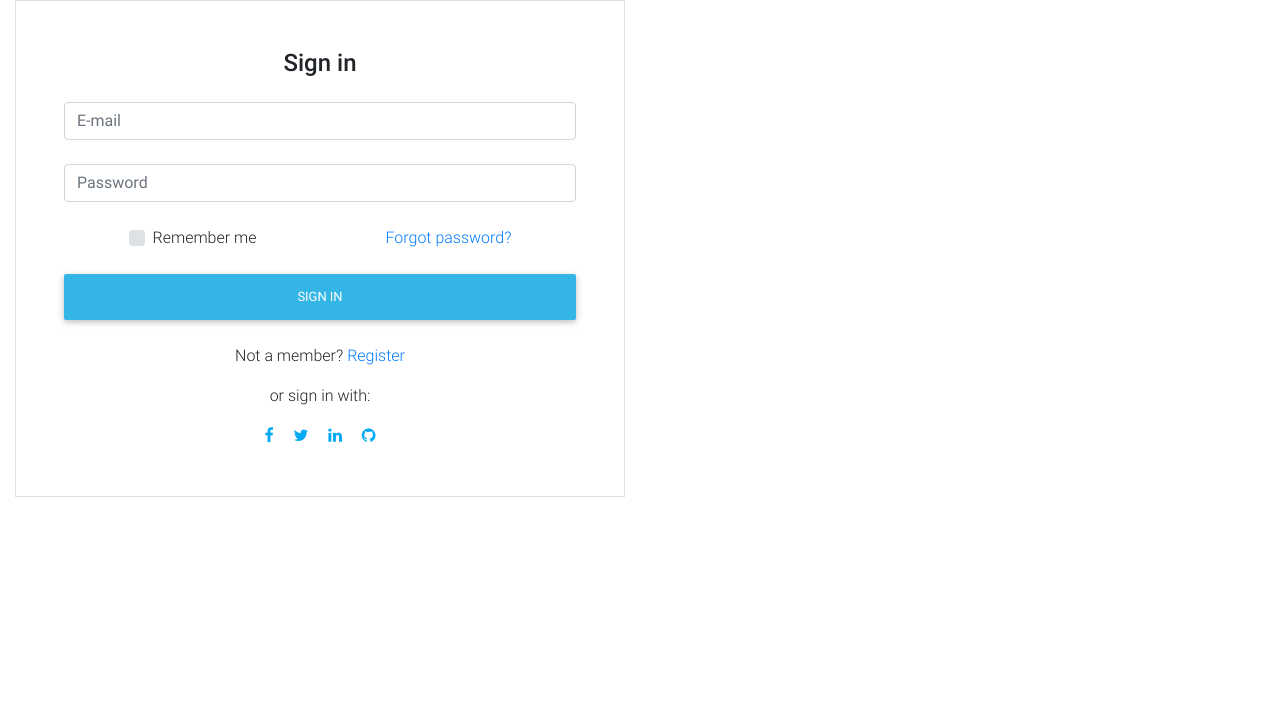
Repository: KJSCEhack/KJSCE_Vanquishers
Page: login_page.html
The author's editor kept a copy of each file at every save. The page is drawn from the files as they stood at one save, then again after the next save.
The browser window is 1280 px wide. The pictures show the whole page.

Above is the page before, as saved 2018-10-06 04:06:34.

### login_page.html

<!DOCTYPE HTML>
<html>

<head>
    <!-- Font Awesome -->
    <link rel="stylesheet" href="https://maxcdn.bootstrapcdn.com/font-awesome/4.7.0/css/font-awesome.min.css">
    <!-- Bootstrap core CSS -->
    <link href="css/bootstrap.min.css" rel="stylesheet">
    <!-- Material Design Bootstrap -->
    <link href="css/mdb.min.css" rel="stylesheet">
    <!-- Your custom styles (optional) -->
    <link href="css/style.min.css" rel="stylesheet">
</head>
<body>
    <div class="col-md-6" style="margin-left:350px margin-top:50px";>
    <!-- Default form login -->
<form class="text-center border border-light p-5">

    <p class="h4 mb-4">Sign in</p>

    <!-- Email -->
    <input type="email" id="defaultLoginFormEmail" class="form-control mb-4" placeholder="E-mail">

    <!-- Password -->
    <input type="password" id="defaultLoginFormPassword" class="form-control mb-4" placeholder="Password">

    <div class="d-flex justify-content-around">
        <div>
            <!-- Remember me -->
            <div class="custom-control custom-checkbox">
                <input type="checkbox" class="custom-control-input" id="defaultLoginFormRemember">
                <label class="custom-control-label" for="defaultLoginFormRemember">Remember me</label>
            </div>
        </div>
        <div>
            <!-- Forgot password -->
            <a href="">Forgot password?</a>
        </div>
    </div>

    <!-- Sign in button -->
    <button class="btn btn-info btn-block my-4" type="submit">Sign in</button>

    <!-- Register -->
    <p>Not a member?
        <a href="">Register</a>
    </p>

    <!-- Social login -->
    <p>or sign in with:</p>

    <a type="button" class="light-blue-text mx-2">
        <i class="fa fa-facebook"></i>
    </a>
    <a type="button" class="light-blue-text mx-2">
        <i class="fa fa-twitter"></i>
    </a>
    <a type="button" class="light-blue-text mx-2">
        <i class="fa fa-linkedin"></i>
    </a>
    <a type="button" class="light-blue-text mx-2">
        <i class="fa fa-github"></i>
    </a>

</form>
</div>
<!-- Default form login -->
</body>
</html>

Loaded but not shown: css/bootstrap.min.css (library); css/mdb.min.css (library); css/style.min.css (common file)

After the next save:
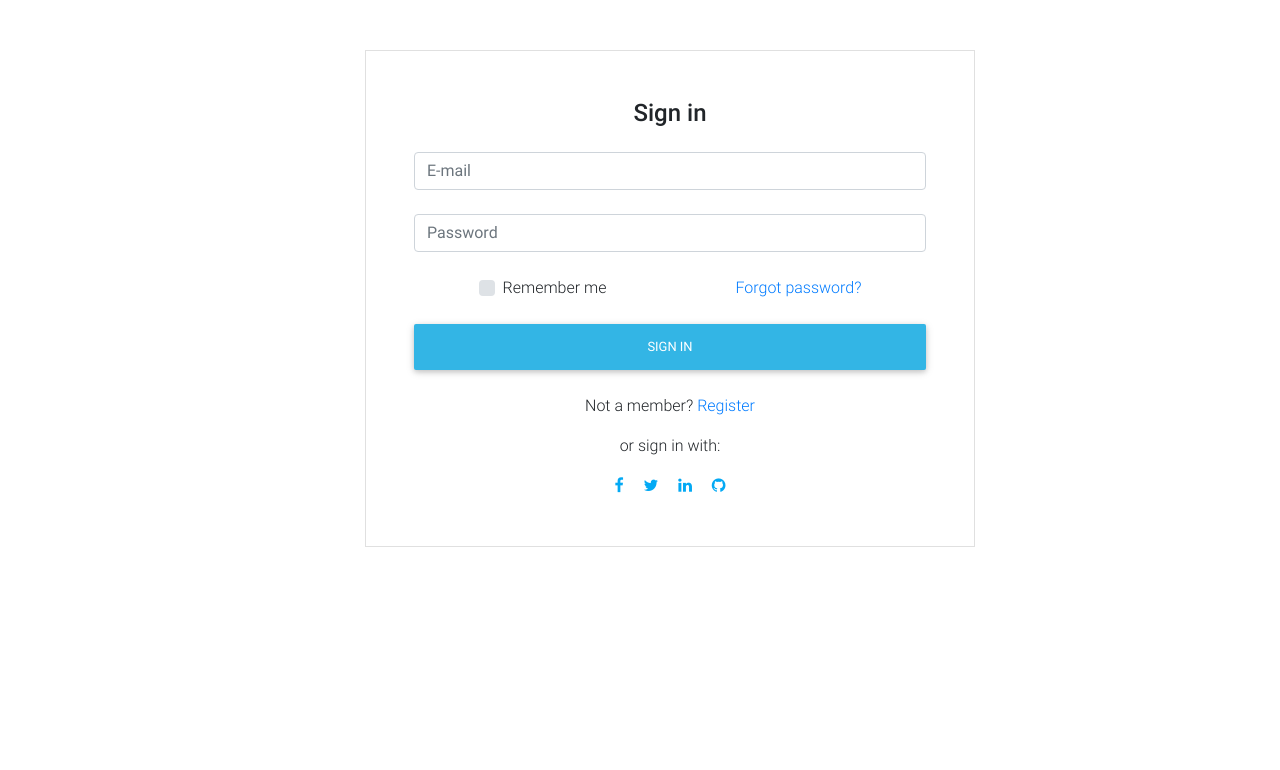
Saved 4 s later.
--- a/login_page.html
+++ b/login_page.html
@@ -13,7 +13,7 @@
     <link href="css/style.min.css" rel="stylesheet">
 </head>
 <body>
-    <div class="col-md-6" style="margin-left:350px margin-top:50px";>
+    <div class="col-md-6" style="margin-left:350px; margin-top:50px";>
     <!-- Default form login -->
 <form class="text-center border border-light p-5">
 
